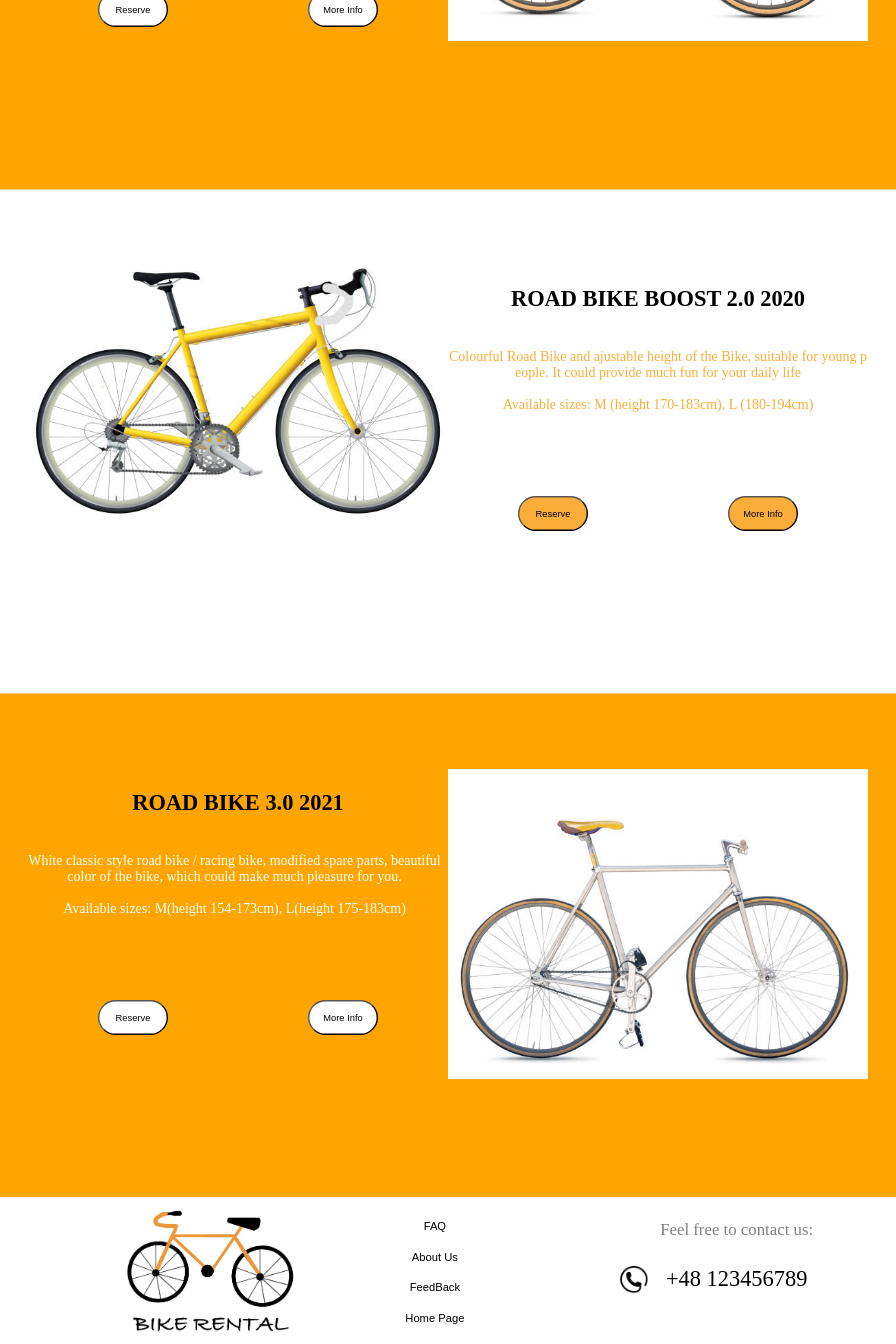
Repository: salveendutt/Bike-Reservation-App
Page: templates/welcome.html
An editor plug-in stored every save of this project. The page is shown before and after the next save, followed by the edit.
The browser window is 1280 px wide. The pictures show the part of the page from y = 3442 to 5362 px (the page is 5362 px tall), at 70% of full size.
The template is drawn by Django 4.2. The application's start-up code is not run. The template is opened directly, without the code that normally fills it, so the values that code supplies are empty.

Above is the page before, as saved 2023-04-24 14:20:34.

After the next save:
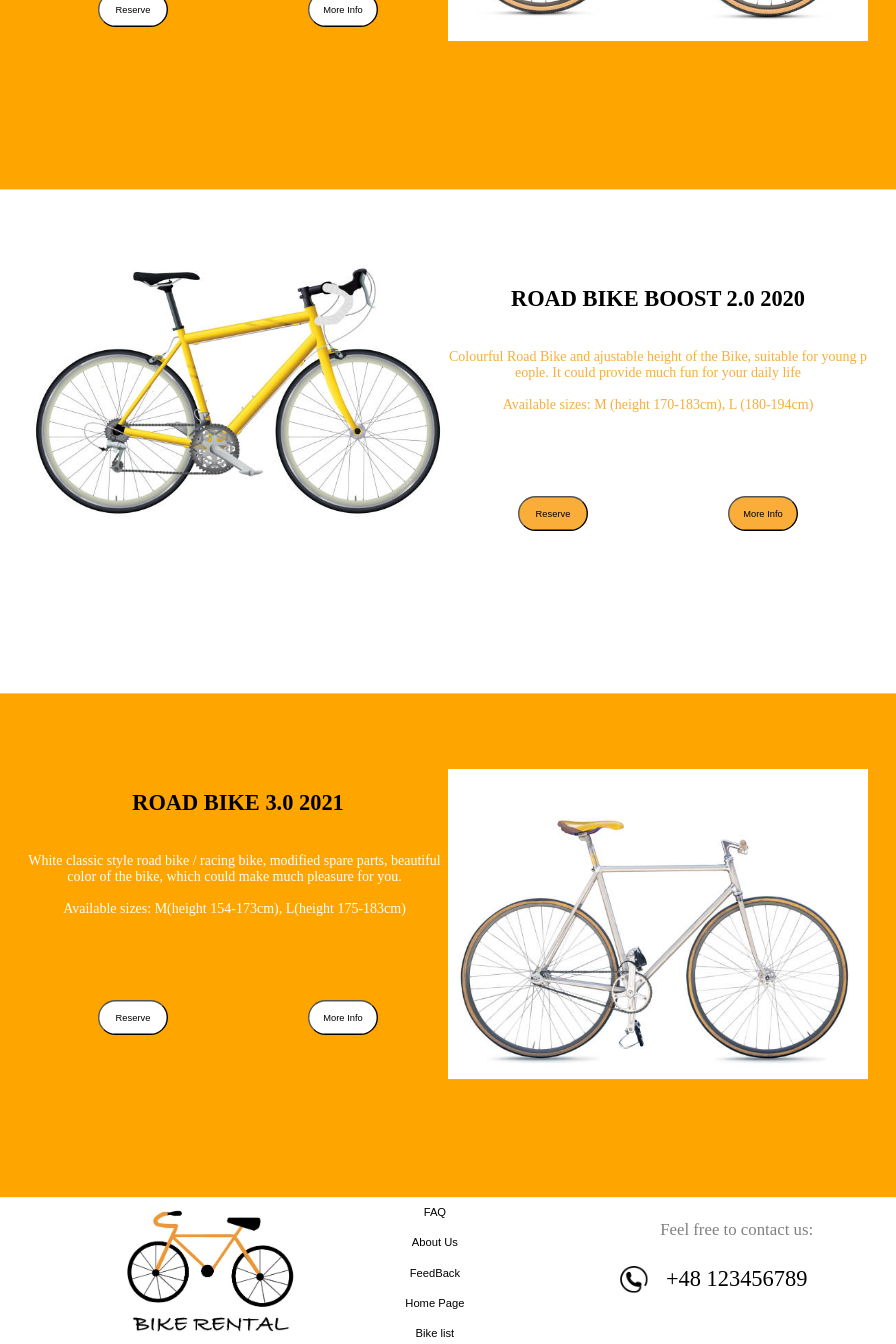
Saved 4 min 29 s later.
--- a/templates/welcome.html
+++ b/templates/welcome.html
@@ -189,6 +189,7 @@
                 <button class="FootButton">About Us</button>
                 <button class="FootButton">FeedBack</button>
                 <button class="FootButton">Home Page</button>
+                <button class="FootButton">Bike list</button>
             </div>
             <div class="contact-logo">
                 <img src="/static/css/IMG/contact.png" alt="Logo">
